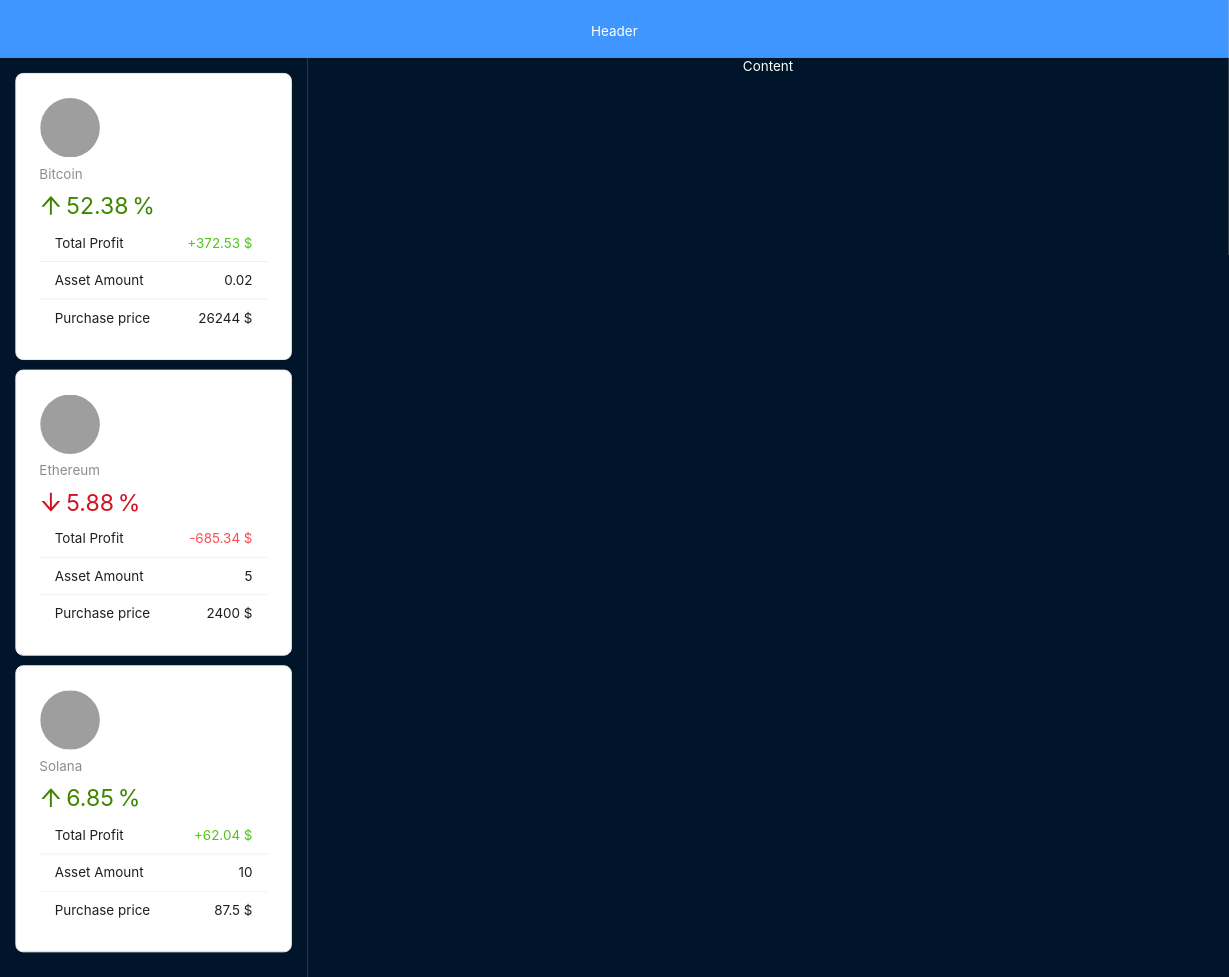
Repository: Vadia23/React-Crypto-App
Page: /
The author's editor kept a copy of each file at every save. The page is drawn from the files as they stood at one save, then again after the next save.
The browser window is 1280 px wide. The pictures show the whole page, at 96% of full size.
Pictures or frames that could not be fetched are drawn as grey boxes. The project was rebuilt for these pictures with package versions that can differ from the ones it lists, and the page was loaded fresh each time. Also part of the build but not shown: vite.config.js.

Above is the page before, as saved 2024-02-09 16:08:26.

After the next save:
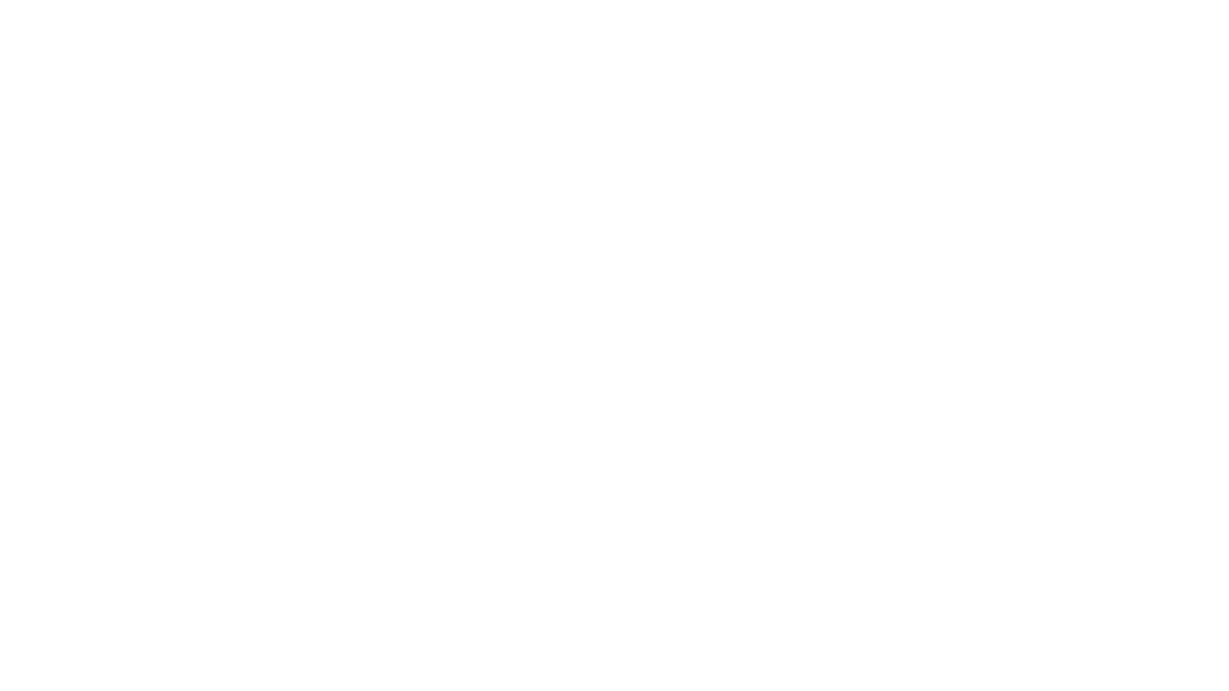
Saved 2 s later.
--- a/src/App.jsx
+++ b/src/App.jsx
@@ -5,15 +5,5 @@
 import { CryptoContextProvider } from "./context/cryptoContext";
 
 export default function App() {
-  return (
-    <CryptoContextProvider>
-      <Layout>
-        <AppHeader />
-        <Layout>
-          <AppSider />
-          <AppContent />
-        </Layout>
-      </Layout>
-    </CryptoContextProvider>
-  );
+  return <CryptoContextProvider></CryptoContextProvider>;
 }

After the save that followed:
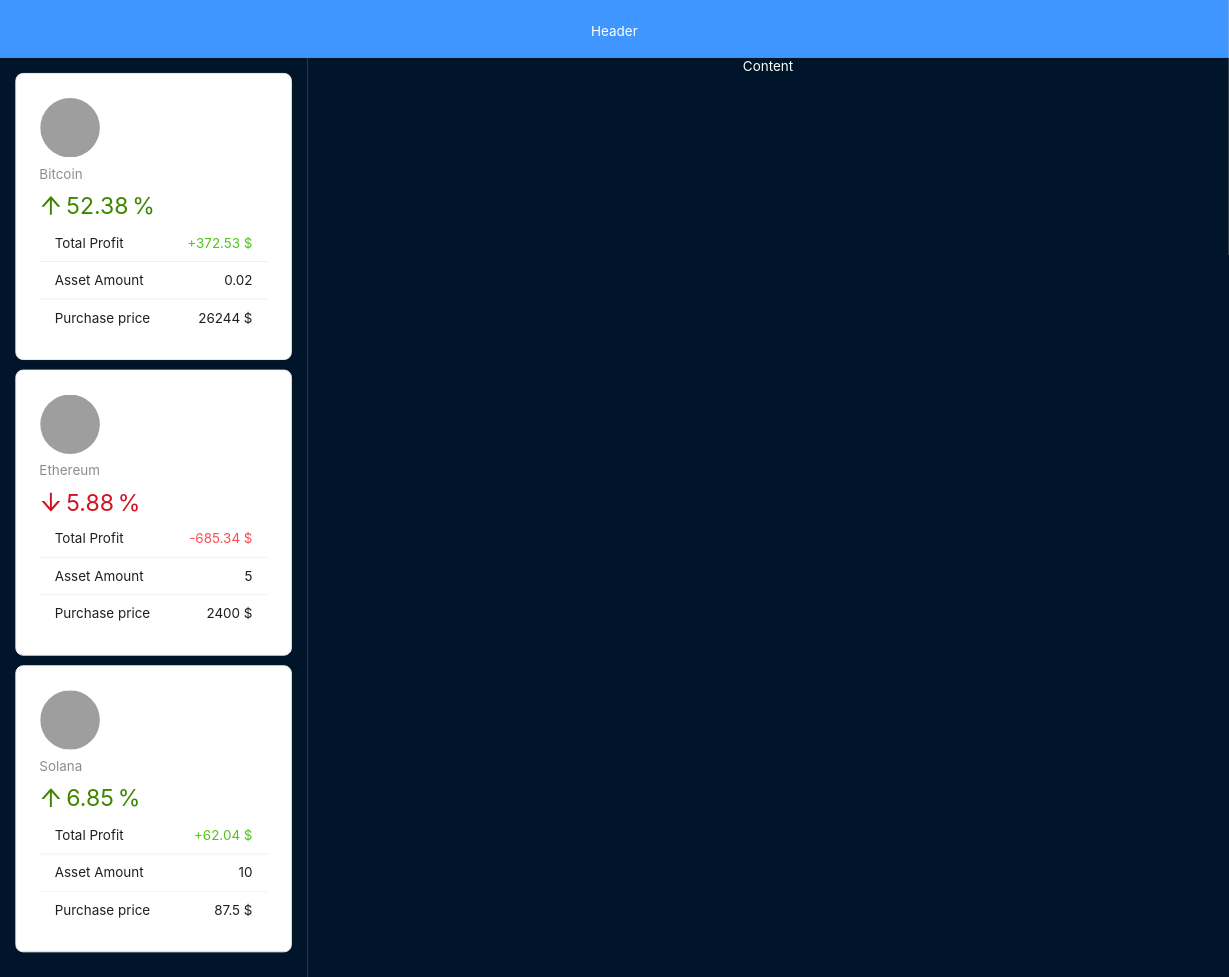
Saved 13 s later.
--- a/src/App.jsx
+++ b/src/App.jsx
@@ -3,7 +3,12 @@
 import AppSider from "./components/layout/AppSider";
 import AppContent from "./components/layout/AppConten";
 import { CryptoContextProvider } from "./context/cryptoContext";
+import AppLayout from "./components/layout/AppLayout";
 
 export default function App() {
-  return <CryptoContextProvider></CryptoContextProvider>;
+  return (
+    <CryptoContextProvider>
+      <AppLayout />
+    </CryptoContextProvider>
+  );
 }
